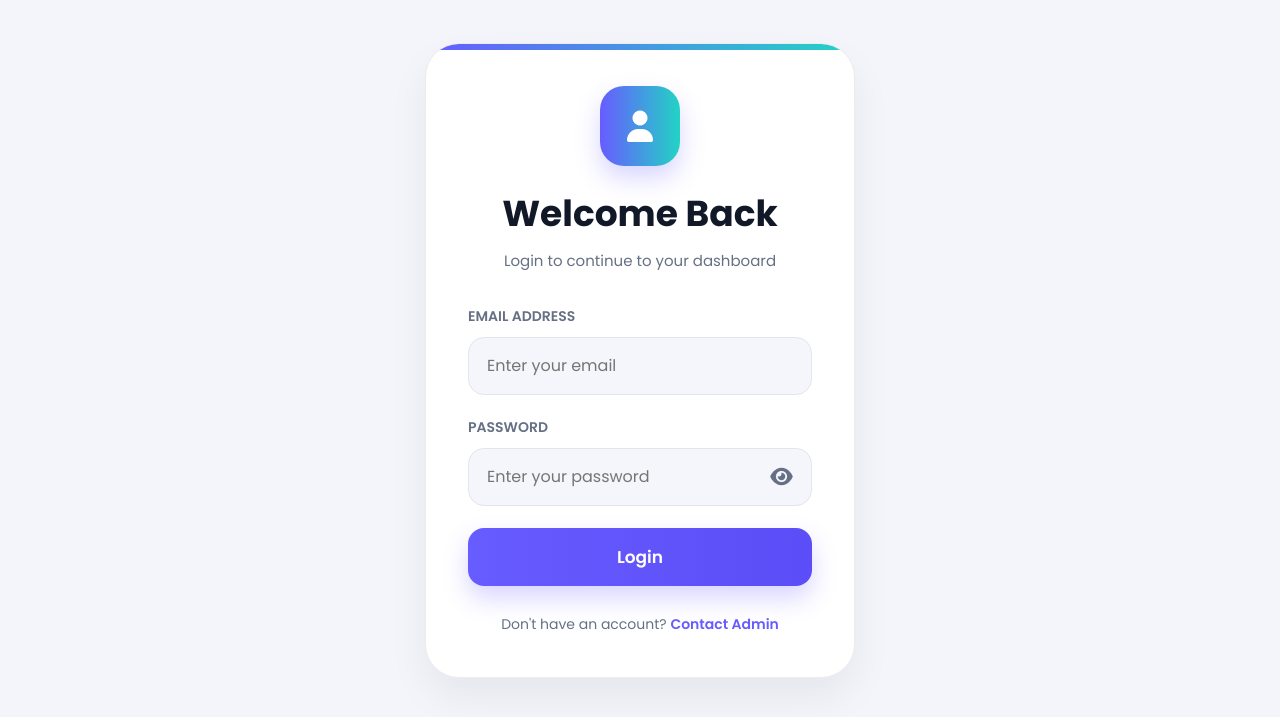
Repository: rohit-rk-07/school_management_system
Page: http://localhost/School_Management_System/login/login.jsp
These files come from the project's save history. The page is drawn as it stood at one moment and after the next save; the edit follows.
The browser window is 1280 px wide. The pictures show the whole page.
Some web libraries are served in a nearby version. The page is served by Tomcat 10. Other server files are loaded and not shown.

Above is the page before, as saved 2026-05-27 10:22:59.

### School_Management_System/src/main/webapp/login/login.jsp
<!DOCTYPE html>
<html lang="en">

<head>

    <meta charset="UTF-8">

    <meta name="viewport" content="width=device-width, initial-scale=1.0">

    <title>Login Page</title>

    <link rel="preconnect" href="https://fonts.googleapis.com">
    <link rel="stylesheet" href="https://cdnjs.cloudflare.com/ajax/libs/font-awesome/7.0.1/css/all.min.css" integrity="sha512-2SwdPD6INVrV/lHTZbO2nodKhrnDdJK9/kg2XD1r9uGqPo1cUbujc+IYdlYdEErWNu69gVcYgdxlmVmzTWnetw==" crossorigin="anonymous" referrerpolicy="no-referrer" />
    <link href="https://fonts.googleapis.com/css2?family=Poppins:wght@300;400;500;600;700&display=swap"
        rel="stylesheet">

    <style>

        *{
            margin:0;
            padding:0;
            box-sizing:border-box;
            font-family:'Poppins',sans-serif;
        }

        body{
            width:100%;
            height:100vh;
            background:#f4f5fb;
            display:flex;
            justify-content:center;
            align-items:center;
            overflow:hidden;
        }


        .loginPageCard{
            width:430px;
            background:#ffffff;
            border-radius:34px;
            padding:42px;
            border:1px solid #ececec;
            box-shadow:0 20px 40px rgba(0,0,0,0.06);
            position:relative;
            overflow:hidden;
        }

        .loginPageCard::before{
            content:"";
            position:absolute;
            top:0;
            left:0;
            width:100%;
            height:6px;
            background:linear-gradient(
                to right,
                #675cff,
                #22d3c5
            );
        }


        .loginPageHeader{
            text-align:center;
            margin-bottom:34px;
        }

        .loginPageLogo{
            width:80px;
            height:80px;
            border-radius:24px;
            background:linear-gradient(
                to right,
                #675cff,
                #22d3c5
            );
            display:flex;
            justify-content:center;
            align-items:center;
            margin:0 auto 20px;
            color:#ffffff;
            font-size:32px;
            font-weight:700;
            box-shadow:0 12px 24px rgba(103,92,255,0.25);
        }

        .loginPageTitle{
            font-size:36px;
            font-weight:700;
            color:#111827;
            margin-bottom:8px;
        }

        .loginPageSubtitle{
            color:#667085;
            font-size:15px;
        }


        .loginPageForm{
            display:flex;
            flex-direction:column;
            gap:22px;
        }

        .loginPageInputGroup{
            display:flex;
            flex-direction:column;
        }

        .loginPageInputLabel{
            margin-bottom:10px;
            font-size:14px;
            font-weight:600;
            color:#667085;
        }

        .loginPageInputField{
            width:100%;
            height:58px;
            border:none;
            outline:none;
            background:#f5f6fb;
            border-radius:16px;
            padding:0 18px;
            font-size:16px;
            border:1px solid #e2e5ef;
            color:#111827;
        }

        .loginPageInputField:focus{
            border-color:#675cff;
        }

        .loginPagePasswordWrapper{
            position:relative;
        }

        .loginPagePasswordInput{
            width:100%;
            height:58px;
            border:none;
            outline:none;
            background:#f5f6fb;
            border-radius:16px;
            padding:0 55px 0 18px;
            font-size:16px;
            border:1px solid #e2e5ef;
            color:#111827;
        }

        .loginPagePasswordInput:focus{
            border-color:#675cff;
        }

        .loginPagePasswordToggle{
            position:absolute;
            right:18px;
            top:50%;
            transform:translateY(-50%);
            cursor:pointer;
            font-size:20px;
            color:#667085;
            user-select:none;
        }

        .loginPageOptions{
            display:flex;
            justify-content:space-between;
            align-items:center;
            margin-top:-4px;
        }

        .loginPageRememberMe{
            display:flex;
            align-items:center;
            gap:8px;
            color:#667085;
            font-size:14px;
        }

        .loginPageForgotPassword{
            text-decoration:none;
            color:#675cff;
            font-size:14px;
            font-weight:600;
        }


        .loginPageButton{
            width:100%;
            height:58px;
            border:none;
            border-radius:16px;
            background:linear-gradient(
                to right,
                #675cff,
                #5b4df7
            );
            color:#ffffff;
            font-size:17px;
            font-weight:600;
            cursor:pointer;
            transition:0.3s;
            box-shadow:0 12px 24px rgba(103,92,255,0.25);
        }

        .loginPageButton:hover{
            transform:translateY(-2px);
        }

        .loginPageFooter{
            margin-top:28px;
            text-align:center;
            color:#667085;
            font-size:14px;
        }

        .loginPageFooter a{
            color:#675cff;
            text-decoration:none;
            font-weight:600;
        }


        @media(max-width:500px){

            .loginPageCard{
                width:92%;
                padding:30px;
            }

            .loginPageTitle{
                font-size:30px;
            }

        }

    </style>

</head>

<body>


    <div class="loginPageCard">


        <div class="loginPageHeader">

            <div class="loginPageLogo">
                <i class="fa-solid fa-user"></i>
            </div>

            <h1 class="loginPageTitle">
                Welcome Back
            </h1>

            <p class="loginPageSubtitle">
                Login to continue to your dashboard
            </p>

        </div>


        <form class="loginPageForm">


            <div class="loginPageInputGroup">

                <label class="loginPageInputLabel">
                    EMAIL ADDRESS
                </label>

                <input
                    type="email"
                    placeholder="Enter your email"
                    class="loginPageInputField"
                    id="loginEmail"
                >

            </div>


            <div class="loginPageInputGroup">

                <label class="loginPageInputLabel">
                    PASSWORD
                </label>

                <div class="loginPagePasswordWrapper">

                    <input
                        type="password"
                        placeholder="Enter your password"
                        class="loginPagePasswordInput"
                        id="loginPassword"
                    >

                    <span
                        class="loginPagePasswordToggle"
                        id="togglePasswordButton"
                    >
                        <i class="fa-solid fa-eye"></i>
                    </span>

                </div>

            </div>

            <button
                type="submit"
                class="loginPageButton"
            >
                Login
            </button>

        </form>


        <div class="loginPageFooter">

            Don't have an account?

            <a href="#">
                Contact Admin
            </a>

        </div>

    </div>


    <script src="login.js"></script>

</body>

### School_Management_System/src/main/webapp/login/login.js
/**
 *
 */

const togglePasswordButton = document.getElementById("togglePasswordButton");
const loginPassword = document.getElementById( "loginPassword");

togglePasswordButton.addEventListener("click",() => {
        if ( loginPassword.type === "password") {
            loginPassword.type = "text";
            togglePasswordButton.innerHTML =
                '<i class="fa-solid fa-eye-slash"></i>';
        }
        else {
            loginPassword.type = "password";
            togglePasswordButton.innerHTML = '<i class="fa-solid fa-eye-slash"></i>';
        }
    }
);


const loginForm = document.querySelector(".loginPageForm");

loginForm.addEventListener("submit", (e) => {
    e.preventDefault();

    const email = document.getElementById( "loginEmail" ).value;
    const password = document.getElementById( "loginPassword" ).value;

    const loginData = {
        email: email,
        password: password
    };

    fetch( "/School_Management_System/Login", {
            method: "POST",
            headers: {
                "Content-Type":
                "application/json"
            },
            body:JSON.stringify(loginData)
        }
    )
    .then(response => response.json())
    .then(data => {
        if(data.status === "success"){
            localStorage.setItem(
                "loggedInUser",
                JSON.stringify(data)
            );
            if(data.role === "ADMIN"){
                window.location.href = "../admin/dashboard/dashboard.jsp";
            }
            else if(data.role === "TEACHER"){
                window.location.href ="../teacher/assignedclass.jsp";
            }
            else if( data.role === "STUDENT"){
                window.location.href ="../student/attendance.jsp";
            }
        }
        else{
			 alert(data.message);
        }
    })
    .catch(error => {
        console.error(error);
    });
});

After the next save:
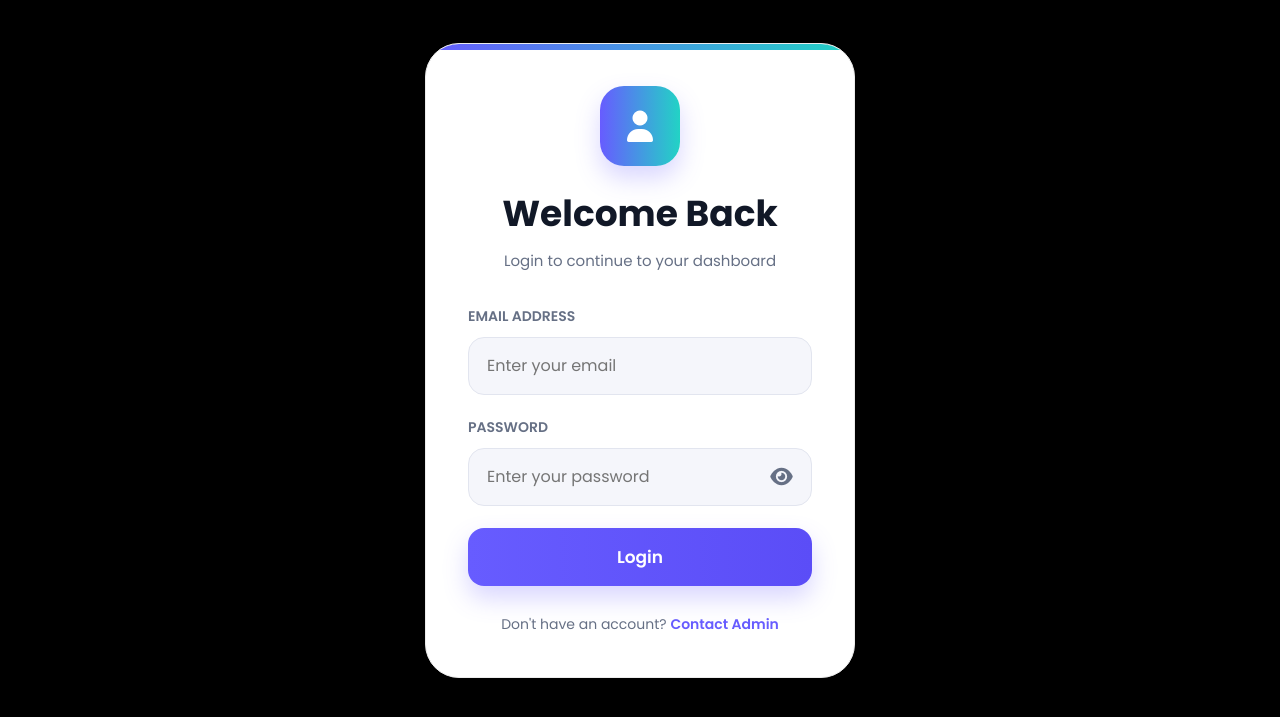
Saved 18 h 56 min later.
--- a/School_Management_System/src/main/webapp/login/login.jsp
+++ b/School_Management_System/src/main/webapp/login/login.jsp
@@ -26,7 +26,7 @@
         body{
             width:100%;
             height:100vh;
-            background:#f4f5fb;
+            background:#000;
             display:flex;
             justify-content:center;
             align-items:center;
